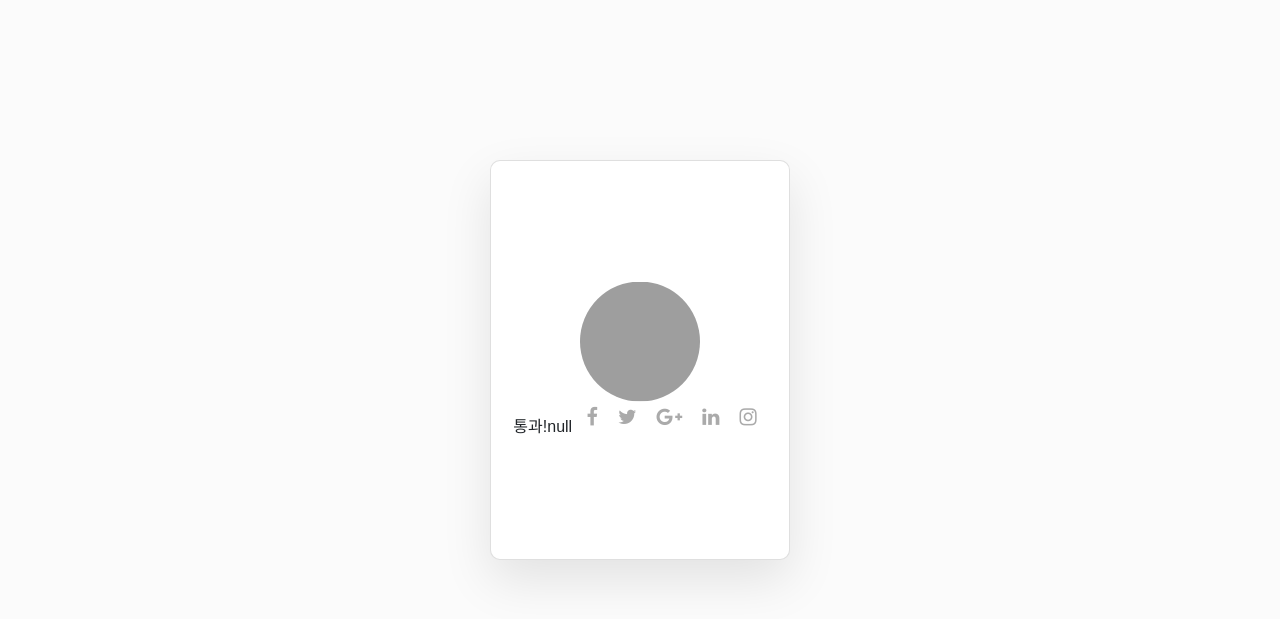
Repository: cheez0909/JSP
Page: http://localhost/1103/session/ServletEX/detail
These files come from the project's save history. The page is drawn as it stood at one moment and after the next save; the edit follows.
The browser window is 1280 px wide. The pictures show the whole page.
Pictures or frames that could not be fetched are drawn as grey boxes. Some web libraries are served in a nearby version. The page is served by Tomcat 9. Queries for data that is not in the repository find no rows.

Above is the page before, as saved 2023-11-09 08:30:30.

After the next save:
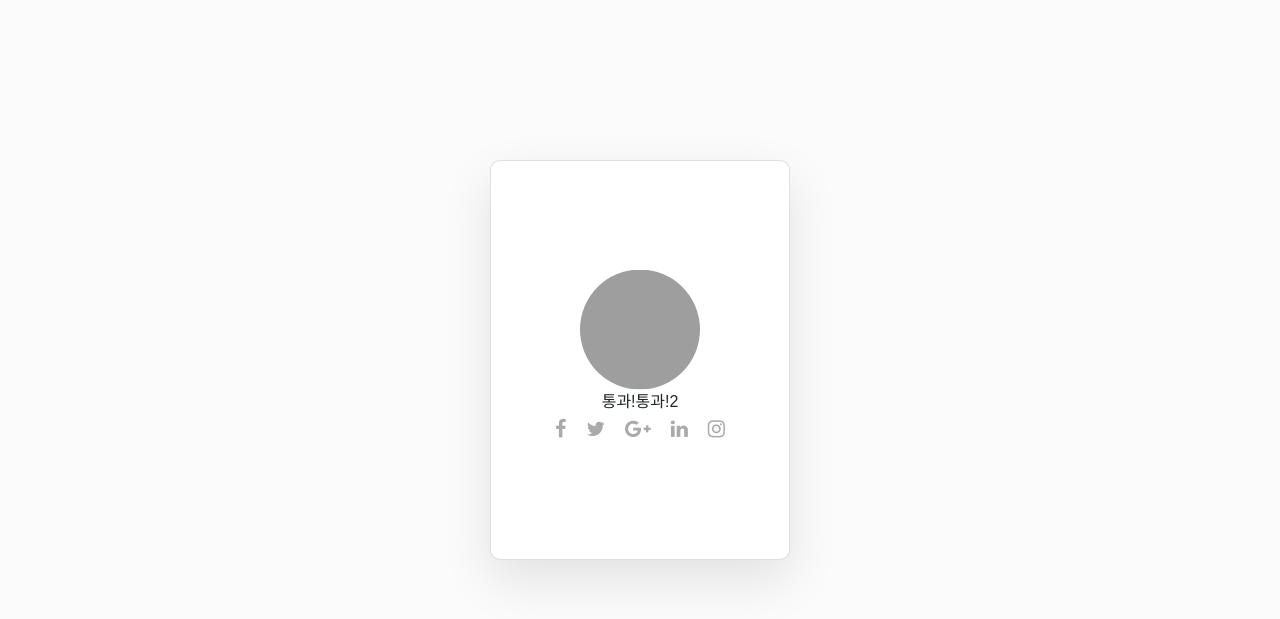
Saved 50 s later.
--- a/1103/src/main/webapp/session/ServletEX/Boarddetails.jsp
+++ b/1103/src/main/webapp/session/ServletEX/Boarddetails.jsp
@@ -119,7 +119,7 @@
 		out.print("통과!");
 
 		if(dto!=null){
-			out.print(num);
+			out.print("통과!2");
 
 			for(BoardDTO nums : dto){
 				if(num.equals(nums.getNum())){
